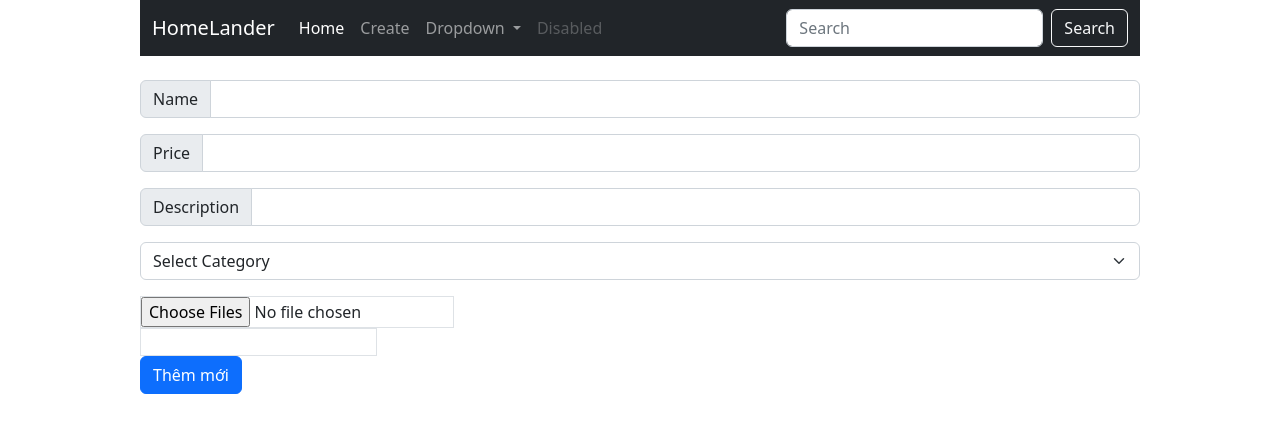
Repository: nguyenhung50497/MD3_CRUD-2Table
Page: src/views/create.html
The author's editor kept a copy of each file at every save. The page is drawn from the files as they stood at one save, then again after the next save.
The browser window is 1280 px wide. The pictures show the whole page.

Above is the page before, as saved 2022-12-29 08:28:13.

After the next save:
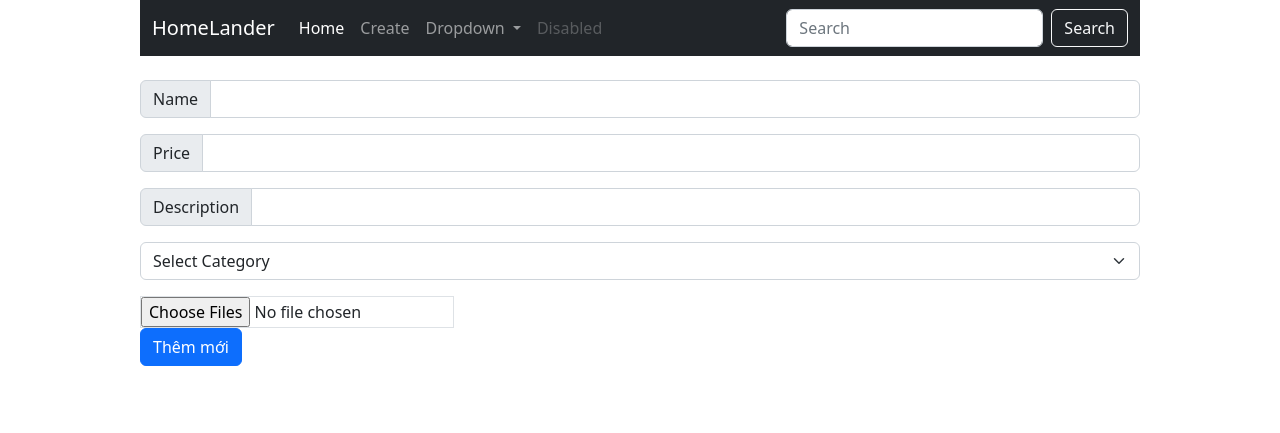
Saved 41 s later.
--- a/src/views/create.html
+++ b/src/views/create.html
@@ -67,9 +67,6 @@
         <div class="form-group">
           <input  type="file" name="multipleFiles" class="form-control-file border" multiple>
         </div>
-        <div>
-          <input  type="text" name="name" class="form-control-file border">
-        </div>
         <button type="submit" class="btn btn-primary">Thêm mới</button>
     </form>
     </div>
